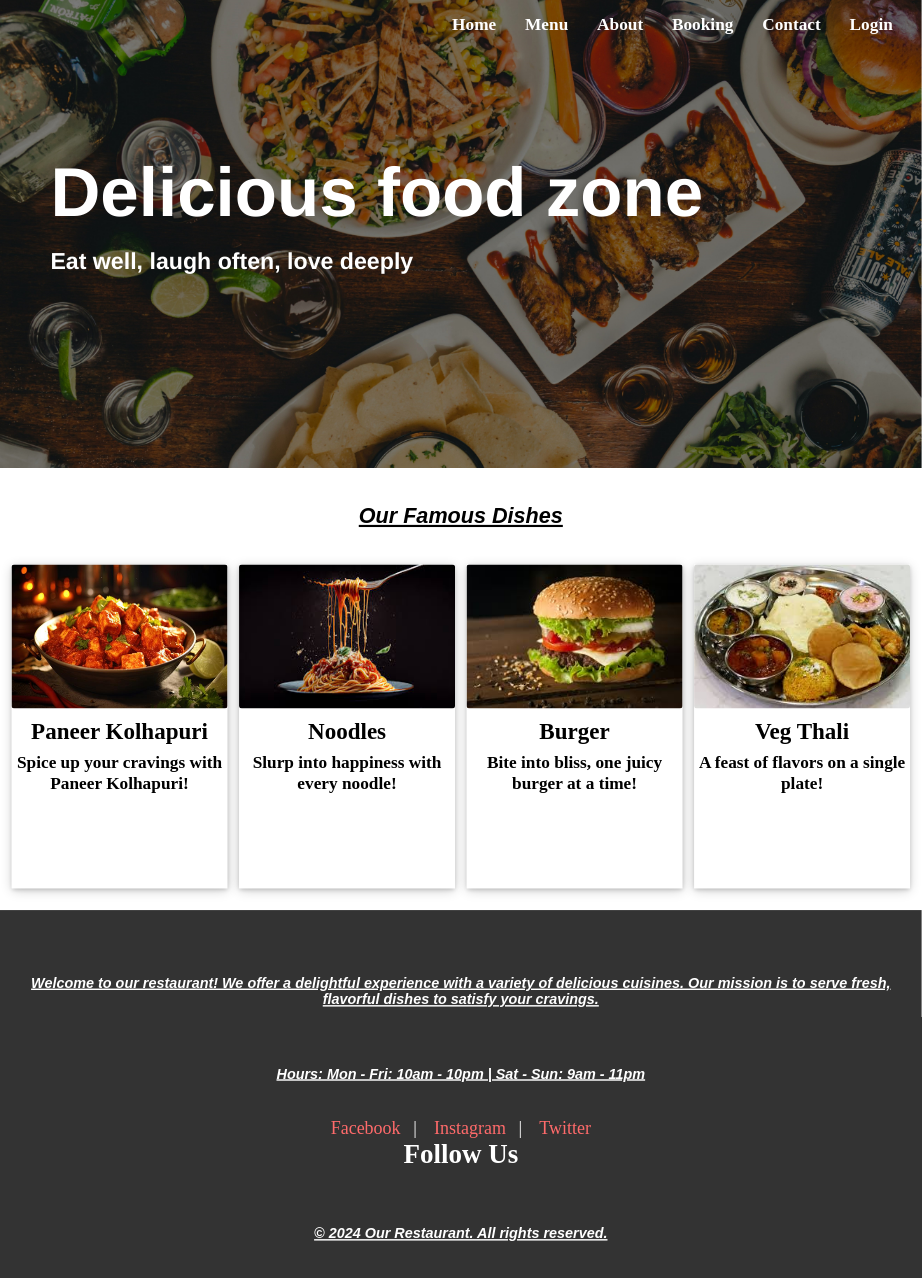
Repository: Shreya-Bonde/Restaurant-management-system
Page: index.html
These files come from the project's save history. The page is drawn as it stood at one moment and after the next save; the edit follows.
The browser window is 1280 px wide. The pictures show the whole page, at 72% of full size.

Above is the page before, as saved 2024-10-10 14:53:10.

### index.html
<!DOCTYPE html>
<html lang="en">
<head>
    <meta charset="UTF-8">
    <meta name="viewport" content="width=device-width, initial-scale=1.0">
    <title>Document</title>
    <link rel="stylesheet" href="style.css">
</head>
<body>
    <header>
        <div class="banner-container">
                <nav class="navbar">
                    <ul>
                        <li><a href="#home">Home</a></li>
                        <li><a href="#menu">Menu</a></li>
                        <li><a href="/about.html">About</a></li>
                        <li><a href="/booking.html">Booking</a></li>
                        <li><a href="/contact.html">Contact</a></li>
                        <li><a href="/login.html">Login</a></li>
                    </ul>
                </nav>
                <div class="centered-text">
                    <h1>Delicious food zone</h1>
                    <h6>Eat well, laugh often, love deeply</h6>
                </div>
         </div>
    </header>
        <p>Our Famous Dishes</p>
        <div class="Flex">
            <div class="flex-item fitem1">
                <img src="paneer kolhapuri.jpg" alt="">
                <h1>Paneer Kolhapuri</h1>
                <h2>Spice up your cravings with Paneer Kolhapuri!</h2>
            </div>
            <div class="flex-item fitem2">
                <img src="noodles1.jpg" alt="">
                <h1>Noodles</h1>
                <h2>Slurp into happiness with every noodle!</h2>
            </div>
            <div class="flex-item fitem3">
                <img src="burger.jpg" alt="">
                <h1>Burger</h1>
                <h2>Bite into bliss, one juicy burger at a time!</h2>
            </div>
            <div class="flex-item fitem4">
                <img src="veg thali.jpg" alt="">
                <h1>Veg Thali</h1>
                <h2>A feast of flavors on a single plate!</h2>
            </div>
        </div>

    <footer>
        <div>
            <div class="footer-section">
                <p>
                    Welcome to our restaurant! We offer a delightful experience with a variety of delicious cuisines.
                    Our mission is to serve fresh, flavorful dishes to satisfy your cravings.
                </p>
                <p>Hours: Mon - Fri: 10am - 10pm | Sat - Sun: 9am - 11pm</p>
            </div>


            <div class="social-media">
                <div class="sm-handle">
                    <a href="#" target="_blank" class="yt_handle"
                     rel="noopener noreferrer"> <i class="fa fa-youtube fa-lg yt_handle"></i>Facebook</a>&nbsp;&nbsp;|&nbsp;&nbsp;
                    <a href="#" target="_blank" class="linkedin_handle"
                    rel="noopener noreferrer"> <i class="fa fa-linkedin fa-lg linkedin_handle"></i>Instagram</a>&nbsp;&nbsp;|&nbsp;&nbsp;
                    <a href="#" target="_blank" class="insta_handle"
                    rel="noopener noreferrer"> <i class="fa fa-instagram fa-lg insta_handle"></i>Twitter</a>

                    <div class="footer- social">
                        <h2>Follow Us</h2>
                        <div class="social-icons">
                          <a href="#"><i class="fab fa-facebook"></i></a>
                          <a href="#"><i class="fab fa-twitter"></i></a>
                          <a href="#"><i class="fab fa-instagram"></i></a>
                          <a href="#"><i class="fab fa-tripadvisor"></i></a>
                        </div>
                      </div>
                    <p class="footer-botton">&copy; 2024 Our Restaurant. All rights reserved.</p>


            </div>
        </div>
    </footer>
</body>
</html>

### style.css
* {
    box-sizing: border-box;
    margin: 0;
    padding: 0;
}
.banner-container {
    background-image: url(background1.jpg);
    background-repeat: no-repeat;
    background-size: cover;
    position: relative;
    width: 100%;
    height: 650px;
}
.navbar {
    position: absolute;
    top: 0;
    right: 0;
    padding: 20px;
}
.centered-text {
    position: absolute;
    top: 30%;
    left: 70px;
    color: white;
    line-height: 1.5;
    font-weight: bold;
    font-size: 3rem;
    font-family: 'Franklin Gothic Medium', 'Arial Narrow', Arial, sans-serif;
}
h6 {
    justify-content: center;
    margin-bottom: 20px;
}
nav ul {
    list-style-type: none;
    margin: 0;
    padding: 0;
    display: flex;
    justify-content: right;
    font-size: 1.5rem;
}
nav ul li {
    margin: 0 20px;
}
nav ul li a {
    color: white;
    text-decoration: none;
    font-weight: bold;
}
nav ul li a:hover {
    text-decoration: underline;
}
.Flex {
    width: 100%;
    display: flex;
    flex-wrap: wrap;
    box-sizing: gray;
    align-items: center;
    justify-content: space-evenly;
}
.flex-item {
    box-shadow: 0 2px 6px 0 rgba(0,0,0,0.2), 0 4px 16px 0 rgba(0,0,0,0.2);
    margin: 0;
    padding: 0;
}
.flex-item img {
 width: 100%;
 object-fit: fill;
}
.flex-item {
    margin-top: 20px;
    margin-bottom: 30px;
    display: inline-block;
    background-color: white;
    width: 300px;
    height: 450px;
    text-align: center;
}
.flex-item:hover {
    transform: scale(1.05);
}
img {
    width: 100%;
    height: 200px;
    object-fit: fill;
    border-radius: 4px;
}
p {
    text-align: center;
    font-size: 30px;
    font-weight: bold;
    font-style: oblique;
    font-family: Arial, Helvetica, sans-serif;
    padding: 50px 20px 30px;
    text-decoration: underline;
}
.flex-item h2 {
    line-height: 1.2;
}
.flex-item h1 {
    padding-top: 10px;
    padding-bottom: 10px;
}
footer {
    text-align: center;
    padding: 20px 0;
    background-color: #333;
    color: #fff;
    width: 100%;
    font-size: 25px;
}
.footer-content {
    padding: 10px 0;
}
.footer-content a:hover {
    text-decoration: underline;
}
.footer-section {
    text-align: right;
    min-width: 250px;
    margin: 20px;
}
.footer-section h2 {
    font-size: 18px;
}
.social-media {
    color: white;
    margin-top: 10px;
}
footer a {
    color: #ff6b6b;
    text-decoration: none;
    margin: 0 5px;
}
footer a:hover {
    text-decoration: underline;
}
footer p {
    font-size: 20px;
}

After the next save:
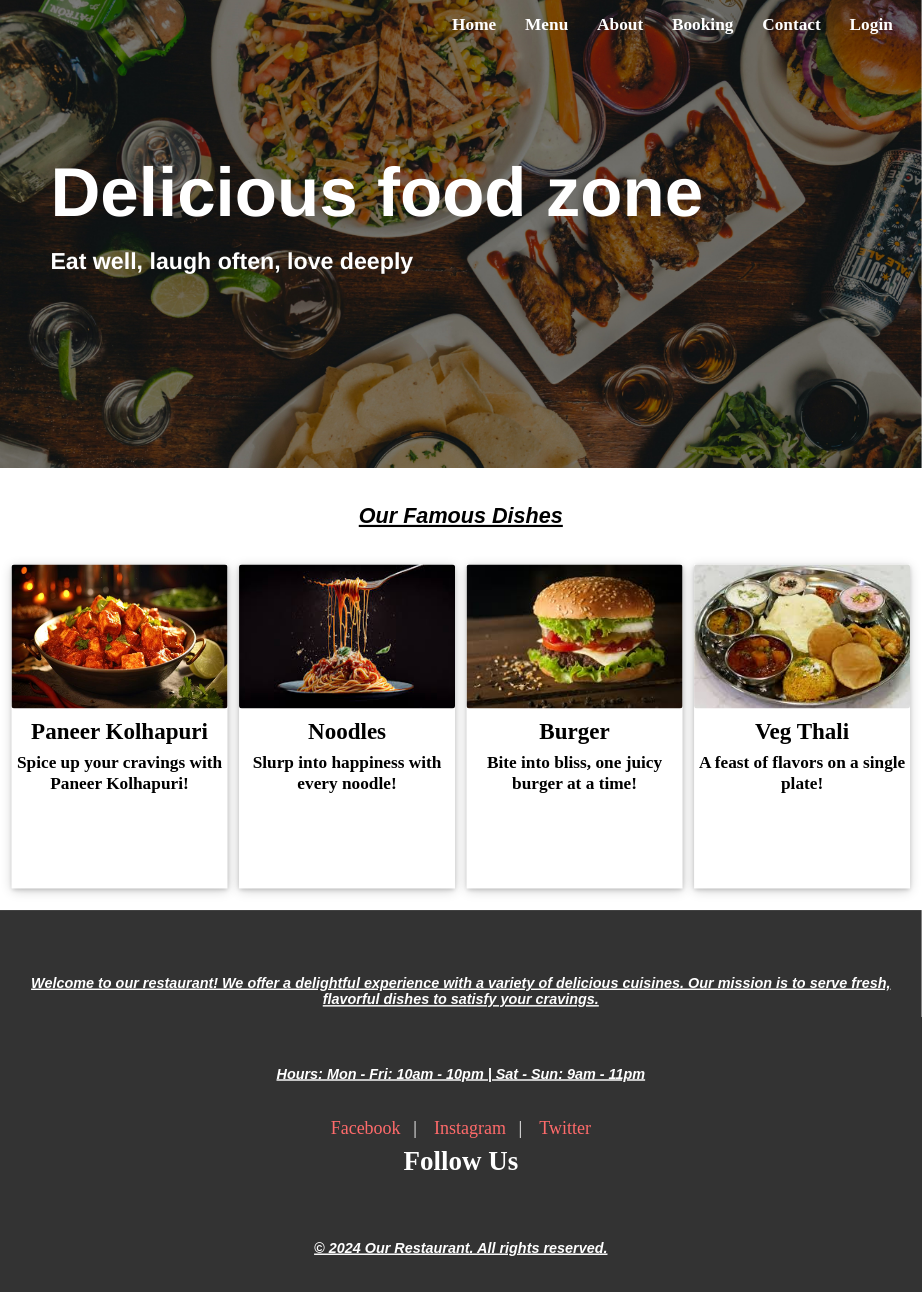
Saved 6 s later.
--- a/index.html
+++ b/index.html
@@ -69,7 +69,7 @@
                     <a href="#" target="_blank" class="insta_handle"
                     rel="noopener noreferrer"> <i class="fa fa-instagram fa-lg insta_handle"></i>Twitter</a>
 
-                    <div class="footer- social">
+                    <div class="footer-content social">
                         <h2>Follow Us</h2>
                         <div class="social-icons">
                           <a href="#"><i class="fab fa-facebook"></i></a>
